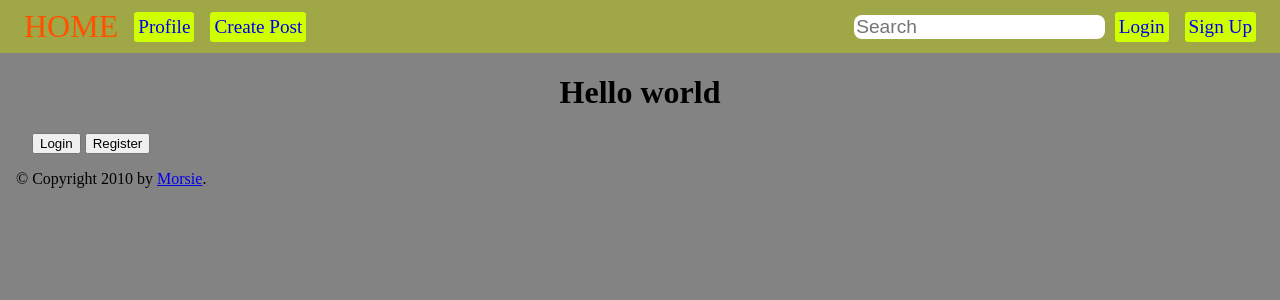
Repository: MorsChen/python-blog
Page: templates/home.html
An editor plug-in stored every save of this project. The page is shown before and after the next save, followed by the edit.
The browser window is 1280 px wide. The pictures show the whole page.
The page is served by the project's application, run on Flask 3 (default.py). The template is opened directly, without the code that normally fills it, so the values that code supplies are empty.

Above is the page before, as saved 2019-09-09 17:09:08.

### templates/home.html
{% extends 'index.html' %}

{% block content %}
<h1 style="text-align:center"> Hello world </h1>

{% if not current_user.is_authenticated %}
{% for post in posts %}
<li> {{post.title}} || {{post.body}} || {{post.users.username}} || {{post.created}} || {{post.updated}}
</li>

{%endfor%}
<button type="button" onclick="window.location.href=`{{url_for('login')}}`"> Login</button>
<button type="button" onclick="window.location.href=`{{url_for('register')}}`"> Register</button>
{% else %}
<h3>{{current_user.username}}</h3>
{% for post in posts %}
<li> <a href="{{url_for('single_post', id = post.id)}}">{{post.title}}</a> || {{post.body}} || {{post.users.username}} || {{post.created}} || {{post.updated}}
    <button type='button' onclick = "window.location.href=`{{url_for('editpost', id = post.id)}}`">Edit Post</button>
    <button type='button' onclick = "window.location.href=`{{url_for('new_comment', id = post.id)}}`">Comment</button>
</li>
{%endfor%}
<button type="button" onclick="window.location.href=`{{url_for('newpost')}}`"> Create New Post</button>
<button type="button" onclick="window.location.href=`{{url_for('profile')}}`"> Profile</button>
<button type="button" onclick="window.location.href=`{{url_for('logout')}}`"> Log Out</button>
{% endif %}
{% endblock %}

### templates/index.html
<!doctype html>
<html id="  ">
  <head>
    {% block head %}
    <link rel="stylesheet" href="{{ url_for('static', filename='style.css') }}">
    <title>{% block title %}{% endblock %} - My Blog Webpage</title>
    {% endblock %}
  </head>
  <body>
      <nav class="NavBar">
        <div class="nav-box-content">
            <div class="nav-box1">
                <a class="a-nav" href="{{url_for('main')}}">HOME</a>
                <a class="btn" href="{{url_for('profile')}}">Profile</a>
                <a class="btn" href="{{url_for('newpost')}}">Create Post</a>
            </div>
            <div class="nav-box2">
                <input class="ip-nav" placeholder="Search" >
                <a class="btn" href="{{url_for('login')}}">Login</a>
                <a class="btn" href="{{url_for('register')}}">Sign Up</a>

            </div>
        </div>
      </nav>

      <div id="content">
          {% with messages = get_flashed_messages(with_categories=true) %}
          <!-- Categories: success (green), info (blue), warning (yellow), danger (red) -->
          {% if messages %}
            {% for category, message in messages %}
              <div class="alert alert-{{ category }} alert-dismissible" role="alert">
              <button type="button" class="close" data-dismiss="alert" aria-label="Close"><span aria-hidden="true">&times;</span></button>
              <!-- <strong>Title</strong> --> {{ message }}
              </div>
            {% endfor %}
          {% endif %}
        {% endwith %}

    <div id="content">{% block content %}{% endblock %}</div>
    <div id="footer">
      {% block footer %}
      &copy; Copyright 2010 by <a href="http://domain.invalid/">Morsie</a>.
      {% endblock %}
    </div>
  </body>
</html>

### default.py
import os
from flask import Flask, request, render_template, redirect, url_for, flash
from flask_migrate import Migrate
from flask_sqlalchemy import SQLAlchemy
from werkzeug.security import generate_password_hash, check_password_hash
from datetime import datetime
from flask_wtf import FlaskForm
from wtforms import StringField, SubmitField, PasswordField
from wtforms.validators import DataRequired, Email, EqualTo, ValidationError, Length
from flask_login import LoginManager, UserMixin, login_user, logout_user, current_user, login_required

#setting
app = Flask(__name__)
db = SQLAlchemy(app)
app.config['SECRET_KEY']="SUPERSECRET"

migrate = Migrate(app,db)

login_manager = LoginManager(app)
login_manager.init_app(app)
login_manager.login_view = 'login'


#setting connection
POSTGRES = {
    'user': "khoa",
    'pw': "zzz",
    'db': 'bloghehe',
    'host': "localhost",
    'port': 5432,
}
app.config['SQLALCHEMY_DATABASE_URI'] = 'postgresql://%(user)s:%(pw)s@%(host)s:\
%(port)s/%(db)s' % POSTGRES







#define models

class Users(UserMixin, db.Model):
  id = db.Column(db.Integer, primary_key=True)
  username = db.Column(db.String, nullable=False, unique=True)
  email = db.Column(db.String, nullable=False, unique=True)
  password = db.Column(db.String, nullable=False)
  posts = db.relationship("Posts", backref="users", lazy="dynamic")
  comments = db.relationship("Comments", backref="users", lazy="dynamic")

  def set_pass(self,passw):
    self.password =  generate_password_hash(passw)
  def check_pass(self,passw):
    return check_password_hash(self.password,passw)

class Posts(db.Model):
  id = db.Column(db.Integer, primary_key=True)
  title = db.Column(db.String, nullable=False)
  body = db.Column(db.String, nullable=False)
  created = db.Column(db.DateTime, nullable=False)
  updated = db.Column(db.DateTime)
  author =  db.Column(db.Integer, db.ForeignKey('users.id'), nullable=False)
  comments = db.relationship('Comments', backref="posts", lazy="dynamic")

class Comments(db.Model):
  id = db.Column(db.Integer, primary_key=True)
  body = db.Column(db.String, nullable=False)
  created = db.Column(db.DateTime, nullable=False)
  updated = db.Column(db.DateTime)
  author =  db.Column(db.Integer, db.ForeignKey('users.id'), nullable=False)
  post = db.Column(db.Integer, db.ForeignKey('posts.id'), nullable=False)

db.create_all()


@login_manager.user_loader
def load_user(user_id):
    return Users.query.get(user_id)



#define forms
class Register(FlaskForm):
  username = StringField("User Name", validators=[DataRequired("Please input your username"), Length(min=3, max=20, message="username must have at least 3 char and max 20 chars")])
  email = StringField("Email address", validators=[DataRequired(), Email("Please input an appropriate email address")])
  password = StringField("Password", validators=[DataRequired(), EqualTo("confirm")])
  confirm = StringField("Password", validators=[DataRequired()])
  submit = SubmitField("Register")

  def validate_username(self, field):
        if Users.query.filter_by(username=field.data).first() :
            raise ValidationError("Your username has been registered!!")
  def validate_email(self, field):
        if Users.query.filter_by(email=field.data).first() :
            raise ValidationError("Your email has been registered!!")


class Login(FlaskForm):
  email = StringField("Email address", validators=[DataRequired(), Email("Please input an appropriate email address")])
  password = PasswordField("Password", validators=[DataRequired()])
  submit = SubmitField("Login")

class NewPost(FlaskForm):
  title = StringField("Blog Title", validators=[DataRequired(), Length(min=3,max=255, message="min 3, max 255")])
  body = StringField("Content", validators=[DataRequired(), Length(min=3,max=10000, message="min 3, max 10000")])
  submit = SubmitField("Post")

class New_comment(FlaskForm):
  body = StringField("Comment content", validators=[DataRequired(), Length(min=3, max=1000, message="min 3, max 1000")])
  submit = SubmitField("Comment")

@app.route('/register', methods=['post','get'])
def register():
  form = Register()

  if request.method=="POST":
    if form.validate_on_submit():
      new_user = Users(username = form.username.data,
                        email = form.email.data,
                        )
      new_user.set_pass(form.password.data)
      db.session.add(new_user)
      db.session.commit()
      return redirect(url_for("home"))
    else:
      for field_name, errors in form.errors.items():
          flash(errors)
      return redirect((url_for('register')))
  return render_template('register.html', form = form)

@app.route('/login', methods=['post','get'])
def login():
  form = Login()
  if request.method == 'POST':
    check = Users.query.filter_by(email=form.email.data).first()
    if check :
      if check.check_pass(form.password.data):
        login_user(check)
        return redirect(url_for("home"))
    else:
      flash(["email address not exist"])
      return redirect(url_for('register'))
  return render_template('login.html', form = form)

@app.route('/logout')
@login_required
def logout():
  logout_user()
  return redirect(url_for('login'))

@app.route('/')
def home():
  posts = Posts.query.all()
  return render_template('index.html', posts = posts)


@app.route('/newpost', methods=['post', 'get'])
@login_required
def newpost():
  form = NewPost()
  if request.method == 'POST':
    new_post = Posts(title=form.title.data,
                    body=form.body.data,
                    created = datetime.now())
    current_user.posts.append(new_post)
    db.session.add(new_post)
    db.session.commit()
    return "ok"
  return render_template('newpost.html', form=form)

@app.route('/editpost/<id>', methods=['post','get'])
@login_required
def edit_post(id):
  form = NewPost()
  post = Posts.query.filter_by(id=id, author = current_user.id).first()
  if not post:
    flash([["you are not allowed to edit this post"]])
    return redirect(url_for("home"))
  else:
    if request.method == 'POST':
      post.title = form.title.data
      post.body = form.body.data
      post.updated = datetime.now()
      db.session.commit()
      return "ok"
      # return redirect(url_for('post'))
  return render_template('editpost.html', form = form )

@app.route('/delete_post/<id>', methods=['get'])
@login_required
def delete_post(id):
  post = Posts.query.filter_by(id=id, author=current_user.id).first()
  if post:
    db.session.delete(post)
    db.session.commit()
  else:
    flash(['You are not allowed to delete this post'])
  return redirect(url_for('home'))

@app.route('/single_post/<id>', methods=['get'])
def single_post(id):
  post = Posts.query.filter_by(id=id).first()  # 1 item
  comments = post.comments.all()  # a list
  return render_template('single_post.html', post = post, comments = comments)


@app.route('/posts/<id>/comments', methods=['POST','GET'])
def new_comment(id):
  form = New_comment()
  if request.method == 'POST':
    if form.validate_on_submit():
      post = Posts.query.filter_by(id=id).first()
      c = Comments(body=form.body.data,
                    created = datetime.now(),
                    # author = current_user.id,
                    )
      current_user.comments.append(c) # autho
      post.comments.append(c)      # post
      db.session.add(c)
      db.session.commit()
      return redirect(url_for('single_post', id=id))
    else:
      for field_name, errors in form.errors.items():
          flash(errors)
      return redirect((url_for('new_comment')))
  return render_template('new_comment.html', form = form)



@app.route('/khoa', methods=['get','options',"DELETE"])
def khoa():
  if request.method == "DELETE":
    return "KHOA IS COOL"
  return "NOPE"


if __name__ == "__main__":
  app.run(debug=True, port=5001)

### static/style.css
body{
    background-color: rgb(131, 131, 131);
    margin: 0;
}

.NavBar {
 background-color: rgb(255, 208, 0);
}

.nav-box-content{
    display: flex;
    position: sticky;
    /* margin: 0.5rem; */
    justify-content: space-between;
    top: 0;
    padding: 0 1rem 0 1rem;
    text-align: center;
    align-items: center;
    align-content: center;
    background-color: rgba(70, 128, 136, 0.514);
    /* opacity: 0.5; */
    font-size: 3rem;
}

.nav-box1 {
    display: flex;
    text-align: center;
    align-items: center;
    align-content: center;
}

.nav-box2 {
    display: flex;
    text-align: center;
    align-items: center;
    align-content: center;
}

.a-nav {
    text-decoration: none;
    font-size: 2rem;
    color: rgb(255, 81, 0);
    margin: 0.5rem;
}

.ip-nav{
    border: none;
    font-size: 1.2rem;
    border-radius: 0.5rem;
    text-justify: center;
    margin: 0.1rem;
    padding:0,1rem;
    text-align: left;
}

.btn {
    border: none;
    text-decoration: none;
    border-radius: 0.2rem;
    background-color: rgb(208, 255, 0);
    text-align: center;
    text-justify: center;
    padding: 0.25rem;
    margin: 0.5rem;
    font-size: 1.2rem;
}

#content {
    margin: 1rem;
}

After the next save:
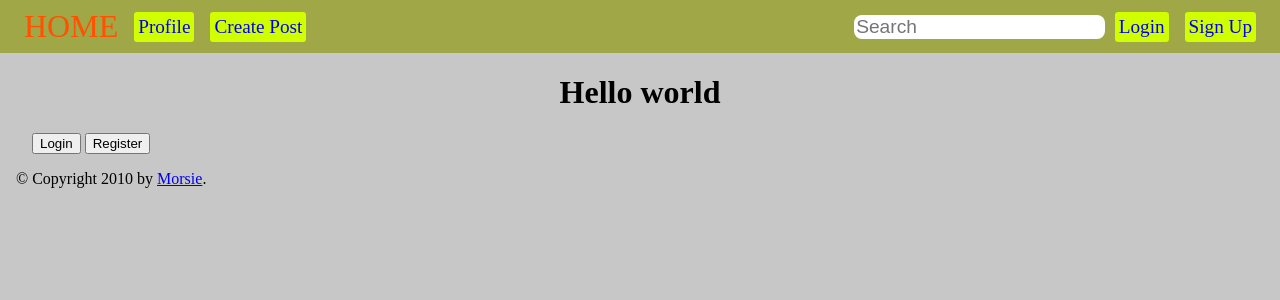
Saved 7 s later.
--- a/static/style.css
+++ b/static/style.css
@@ -1,5 +1,5 @@
 body{
-    background-color: rgb(131, 131, 131);
+    background-color: rgb(199, 199, 199);
     margin: 0;
 }
 
